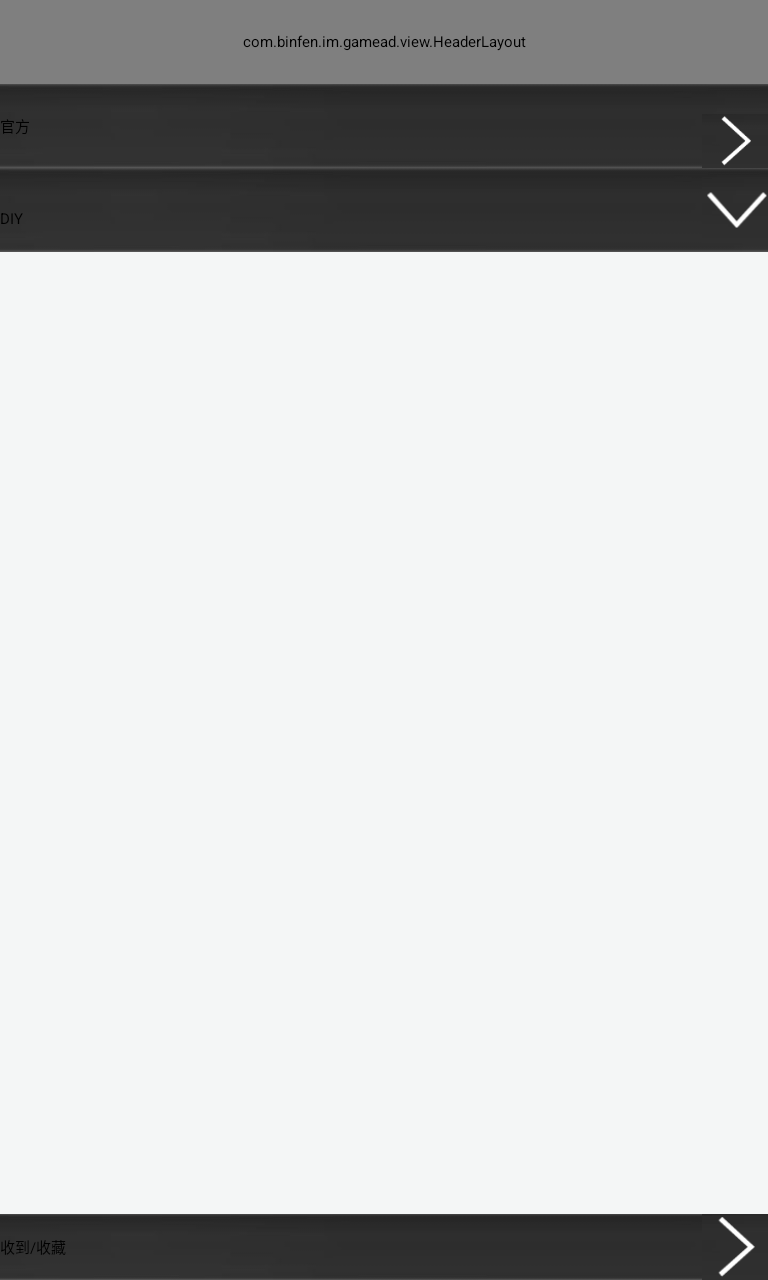
Repository: hosle/gad2
Layout: gamead_IM2/res/layout/xxh_gamelayout2.xml
These files come from the project's save history. The layout is drawn as it stood at one moment and after the next save; the edit follows.
Pictures or frames that could not be fetched are drawn as grey boxes. It is drawn on a 768 x 1280 px phone screen (xhdpi) without system bars, with theme AppTheme; the app's code is not run. Lists and similar views that code fills are empty. The app's manifest (not shown) leaves right-to-left support off. So textAlignment, textDirection and layoutDirection are ignored, and left and right values win over start and end ones.

Above is the layout before, as saved 2015-06-26 06:56:47.

After the next save:
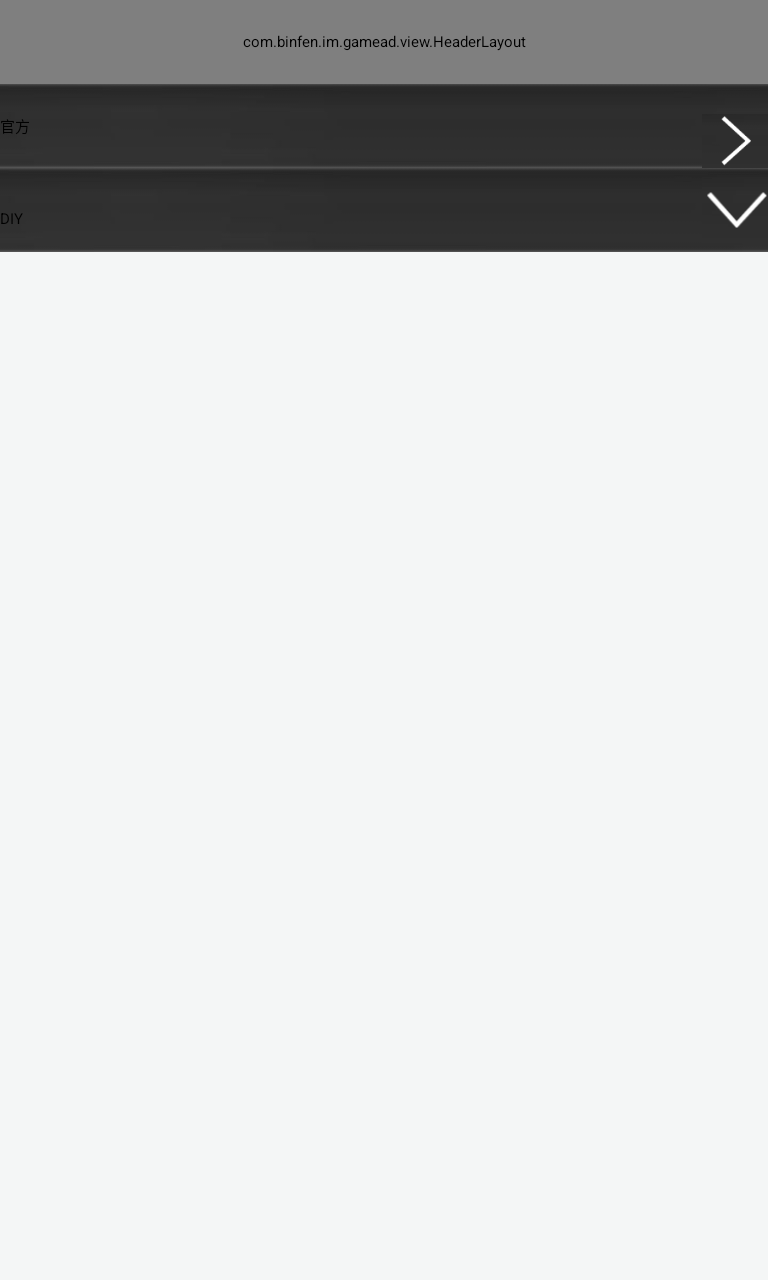
Saved 70 s later.
--- a/gamead_IM2/res/layout/xxh_gamelayout2.xml
+++ b/gamead_IM2/res/layout/xxh_gamelayout2.xml
@@ -72,12 +72,7 @@
                 android:src="@drawable/xxh_game_ad" />
 
         </RelativeLayout>
-          <ListView
-        android:id="@+id/listgame"
-        android:layout_width="match_parent"
-        android:layout_height="350dp"
 
-        ></ListView>
 
     </LinearLayout>
 
@@ -113,10 +108,16 @@
         android:layout_height="33dp"
         android:layout_alignParentBottom="true"
         android:orientation="vertical" >
+         <ListView
+        android:id="@+id/listgame"
+        android:layout_width="match_parent"
+        android:layout_height="350dp"
+
+        ></ListView>
 
         <RelativeLayout
             android:layout_width="match_parent"
-            android:layout_height="match_parent"
+            android:layout_height="42dp"
             android:background="@drawable/xxh_game_dir" >
 
             <TextView
